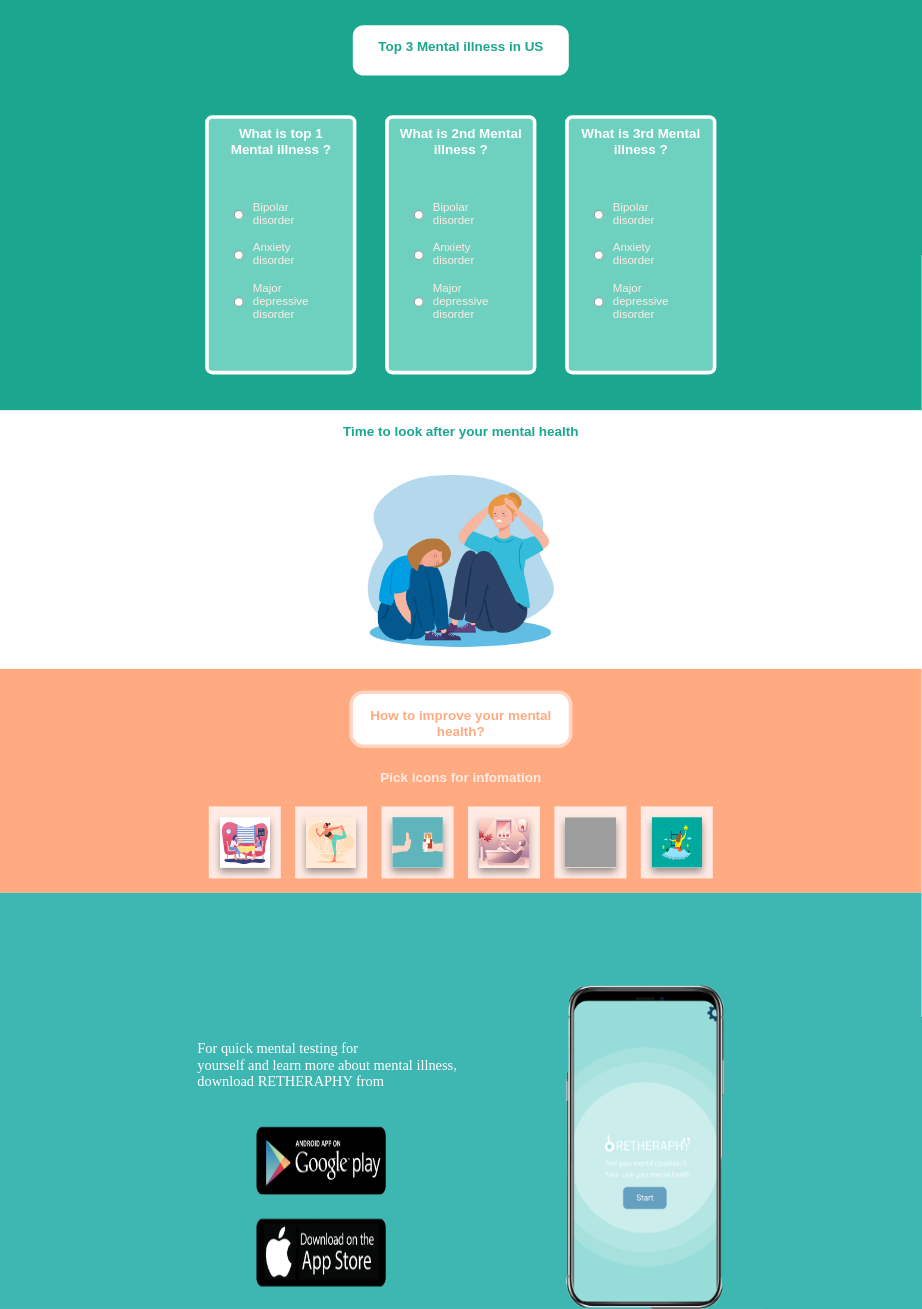
Repository: zzs1/2109-Dynamic-Content-Project
Page: index.html
These files come from the project's save history. The page is drawn as it stood at one moment and after a run of saves; the edit follows.
The browser window is 1280 px wide. The pictures show the whole page, at 72% of full size.
Pictures or frames that could not be fetched are drawn as grey boxes. Some web fonts or font styles are not loaded; a fallback is used.

Above is the page before, as saved 2021-03-08 23:33:48.

### index.html
<html lang="en">
<head>
  <meta charset="UTF-8">
  <meta name="viewport" content="width=device-width, initial-scale=1.0">
  <link href="index.css" rel="stylesheet" type="text/css" >
  <link rel="preconnect" href="https://fonts.gstatic.com">
  <link href="https://fonts.googleapis.com/css2?family=Saira+Semi+Condensed:wght@500&display=swap" rel="stylesheet">
  <title>Midterm group project for MDIA 2109</title>
</head>
<body>
  <!--please place your code in #main -->
  <div id="main">
    <!--Shin Part: Brain-->


    <!--Shin Part: Header: Have you take good care of you mental health? -->


    <!--Shin Part: content1: Common symptoms of mental illness -->


    <!--Shin: Dont be afraid part-->


    <!--Joyce: Facts about mental disorders  -->


    <!-- DONT TOUCH!! Chisaki part start from here-->

    <!--Card question section-->
    <div class="container cardquestions">
      <div class="title"></div>
    <div class="card"></div>
    </div>
    <!--Time to look after your mental health section-->
    <div class="container mid">
      <h3 class="midtitle">Time to look after your mental health</h3>
      <img src="comps/icon/midpic.jpg" alt="mental health" max-width="300px" height="300px" />
    </div>

    <!--Pick Icons for more info part-->
    <div class="container iconsection">
      <div class="title2"></div>
      <h3 class="subtitle">Pick icons for infomation</h3>
      <div class="icon" onclick="myFunction()"></div>
      <div class="hidden" id="panel">
        <div class="info"></div>
      </div>
    </div>

    <!--DONT TOUCH!! Chisaki part ends-->

    <!--For Joyce, next part write from here as long as it is main content. If it is footer, please place the code underneath </div> with <footer>-->
      <div  id="bottom">
        <div id="right">
            <div id="content">
            For quick mental testing for <br>yourself and learn more about mental illness, download RETHERAPHY from  </div>
            <div id="logo"><a href="https://play.google.com/store"><img  src=joyce_code/pic/google.png alt="appstore" width=180 height=100></img></a><br>
                <a href="https://www.apple.com/ca/app-store/"><img  src=joyce_code/pic/apple.png alt="appstore"  width=180 height=100></img></a>
            </div>
        </div>
      <div id="showcase"><img  src="joyce_code/pic/phone.png" alt="apps phone" width="220" height="450"> </div>
    </div>

  </div>

  <!--DONT TOUCH !! Chisaki scripts start from here-->
  <script src="comps/card/index.js"></script>
  <script src="comps/Title/index.js"></script>
  <script src="comps/icon/index.js"></script>
  <script src="comps/Info/index.js"></script>
  <script src="index.js"></script>
  <script>
    function myFunction() {
      document.getElementById("panel").style.display = "block";
    }
    document.getElementById("icon1").onclick = function (){
      document.getElementById("info1").style.display = "block";
      document.getElementById("info2").style.display = "none";
      document.getElementById("info3").style.display = "none";
      document.getElementById("info4").style.display = "none";
      document.getElementById("info5").style.display = "none";
      document.getElementById("info6").style.display = "none";
    }
    document.getElementById("icon2").onclick = function (){
      document.getElementById("info2").style.display = "block";
      document.getElementById("info1").style.display = "none";
      document.getElementById("info3").style.display = "none";
      document.getElementById("info4").style.display = "none";
      document.getElementById("info5").style.display = "none";
      document.getElementById("info6").style.display = "none";
    }
    document.getElementById("icon3").onclick = function (){
      document.getElementById("info3").style.display = "block";
      document.getElementById("info1").style.display = "none";
      document.getElementById("info2").style.display = "none";
      document.getElementById("info4").style.display = "none";
      document.getElementById("info5").style.display = "none";
      document.getElementById("info6").style.display = "none";
    }
    document.getElementById("icon4").onclick = function (){
      document.getElementById("info4").style.display = "block";
      document.getElementById("info1").style.display = "none";
      document.getElementById("info2").style.display = "none";
      document.getElementById("info3").style.display = "none";
      document.getElementById("info5").style.display = "none";
      document.getElementById("info6").style.display = "none";
    }
    document.getElementById("icon5").onclick = function (){
      document.getElementById("info5").style.display = "block";
      document.getElementById("info1").style.display = "none";
      document.getElementById("info2").style.display = "none";
      document.getElementById("info3").style.display = "none";
      document.getElementById("info4").style.display = "none";
      document.getElementById("info6").style.display = "none";
    }
    document.getElementById("icon6").onclick = function (){
      document.getElementById("info6").style.display = "block";
      document.getElementById("info1").style.display = "none";
      document.getElementById("info2").style.display = "none";
      document.getElementById("info3").style.display = "none";
      document.getElementById("info4").style.display = "none";
      document.getElementById("info5").style.display = "none";
    }
    </script>
    <!--DONT TOUCH !! Chisaki scripts ends here-->

</body>
</html>

### index.css
html,body {
  margin:0;
}

#main {
  width:100vw;
  height:100vh;
  display:flex;
  flex-direction: column;
}

/* DONT TOUCH !! Chisaki Part Start from here */
.container {
 min-width:100%;
}
.cardquestions{
  background-color:#1BA68F;
}
.card {
  display:flex;
  flex-direction:row;
  flex-wrap: wrap;
  justify-content:center;
  align-items: center;
  margin:30px;
  font-family: 'Saira Semi Condensed', sans-serif;
}
.mid{
  background-color:#FFFFFF;
  text-align: center;
}
.midtitle {
 color:#1BA68F;
 font-family: 'Saira Semi Condensed', sans-serif;

}

.iconsection {
  background-color:#FFAA81;

}
.title,.title2{
  display: flex;
  justify-content:center;
  align-items: center;
  margin:30px;
  font-family: 'Saira Semi Condensed', sans-serif;
}

.icon {
  display: flex;
  flex-wrap: wrap;
  justify-content:center;
  align-items: center;
  margin:10px;
  font-family: 'Saira Semi Condensed', sans-serif;

}
.subtitle {
  color:#FFEBE4;
  text-align: center;
  font-family: 'Saira Semi Condensed', sans-serif;
}
.hidden{
  display:none;
}
.info {
justify-content: center;
align-items: center;
font-family: 'Saira Semi Condensed', sans-serif;
}

/* DONT TOUCH !!Chisaki Part End here*/

/*Joyce CSS buttom part styling starts from here*/
#bottom{
  margin:0;
  background-color:#3EB7B2;
  color:white;
  display:flex;
  justify-content: center;
}
#right{
  margin-top: 16%;
  display:flex;
  flex-direction: column;
  max-width: 40%;
  justify-content: flex-start;
}
#showcase{
  margin-top: 10%;
  max-width: 40%;
  justify-content: flex-end;
}

#logo{
  margin-left: 16%;
}
#content{
  font-size: 20px;
  margin-bottom: 10%;
  max-width: 80%;
}
#logo img{
  margin-bottom: 5%;
}

### comps/card/index.js
function CardUI(title='question',option1='text1', option2='text2', option3='text3',backtitle="Answer",content="answer paragraphs"){
  return`
  <div style='
  background-color:#6ED1BF;
  max-height:350px;
  max-width:200px;
  border-radius:10px;
  border:5px solid #FFFFFF;
  margin:20px;
  '
  onclick='CardUI.HandleClick(this)'
  >

    <div class="front" style='
    transition: opacity 1s;
    opacity: 1;
    '
    >
      <h3 style='
      color:#FFFFFF;
      text-align:center;
      margin:10px;
      '>
        ${title}
      </h3>

      <div style='
      display:flex;
      flex-direction:column;
      margin:50px 20px;

      '>
        <div style='
        display:flex;
        flex-direction:row;
        margin:10px;
        '>

          <input name='question'
          type=radio />
            <p style='
            color:#FFEBE4;
            margin:0;
            margin-left:10px;
            '>${option1}
            </p>
        </div>

        <div style='
        display:flex;
        flex-direction:row;
        margin:10px;
        '>

          <input name='question'
          type=radio />
            <p style='
            color:#FFEBE4;
            margin:0;
            margin-left:10px;
            '>
            ${option2}
            </p>
        </div>

        <div style='
        display:flex;
        flex-direction:row;
        margin:10px;
        '>

          <input name='question'
          type=radio />
            <p style='
            color:#FFEBE4;
            margin:0;
            margin-left:10px;
            '>
            ${option3}
            </p>
        </div>
      </div>
    </div>

    <div class="back" style='
    display: flex;
    flex-direction:column;
    position: relative;
    justify-content: center;
    align-items: center;
    top: -350px;
    transition: opacity 1s;
    opacity: 0;
    '>
      <h3 style='
      color:#FFEBE4;
      text-align:center;
      margin:10px;

      '>
        ${backtitle}
      </h3>
      <p style='
      color:#FFFFFF;
      text-align:center;
      margin:10px;
      '>
      ${content}
      </p>
    </div>
  </div>
`}

//export const Card = CardUI();
CardUI.HandleClick = (el) => {
  el.querySelector(".front").style.opacity= 0;
  el.querySelector(".back").style.opacity = 1;
}

### comps/Title/index.js
function TitleUI(bgcolor="#FFFFFF", bodercolor="#FFD4C1",text="title", font="#FFAA81"){
return`<div style='
width:300px;
height:70px;
border-radius:20px;
background-color:${bgcolor};
border:5px solid ${bodercolor};

'>
<h3 style='
color:${font};
text-align:center;
'>${text}</h3>
</div>
`
}
//export const Title = TitleUI();

### comps/icon/index.js
function IconUI(id="id",url="https://placekitten.com/300/300",text="icon"){
  return`<div style='
  width:100px;
  height:100px;
  background-color:#FFEBE4;
  margin:10px;
  text-align:center;
  '
  id='${id}'
  onmouseover='IconUI.HandleClick(this)'

  '>

    <div class="front" style='
    transition: opacity 1s;
    opacity: 1;
    '
    >
      <img style='
      width:70px;
      height:70px;
      object-fit:cover;
      margin:15px;
      box-shadow:0 6px 10px 0 rgba(0, 0, 0, 0.4);
      'src='${url}' />

    </div>

    <div class="mouseover" style='
    display: flex;
    flex-direction:column;
    position: relative;
    justify-content: center;
    align-items: center;
    top: -90px;
    transition: opacity 1s;
    opacity: 0;
    '>
      <p style='
      color:#646464;
      font:21px;
      '>
      ${text}
      </p>
    </div>
  </div>
`}

//export const Icon = IconUI();

IconUI.HandleClick = (el) => {
  //in the UI's case, el is the div itself
  el.querySelector(".front").style.opacity= 0.4;
  el.querySelector(".mouseover").style.opacity = 1;

  //onclick

}

### comps/Info/index.js
function InfoUI(id="id",url="https://placekitten.com/300/300",title="h3title",text="paragraphs here"){
  return`<div class="container"
  id="${id}"
  style='
  width:100vw;
  display:flex;
  flex-direction:column;
  text-align:center;
  align-items:center;

  '>
    <img style='
    width:150px;
    height:150px;
    'src='${url}' />

      <div class=psbox
      style='
      display:flex;
      flex-direction:column;
      align-items:center;
      margin:20px;
      '>
        <h3 style='
        color:#1BA68F;
        '>
        ${title}
        </h3>
        <p style='
        color:#FFEBE4;
        width:70%;
        '>
        ${text}
        </p>

    <div>
  </div>
  `
  }
  //export const Info = InfoUI();
  function clickedButton(){
    document.getElementById("container").style.display = "none";
  }

### index.js
// DONT TOUCH !!Chisaki JS start from here
document.querySelector(".title").innerHTML += TitleUI("#FFFFFF","#1BA68F","Top 3 Mental illness in US","#1BA68F");
document.querySelector(".card").innerHTML += CardUI("What is top 1 Mental illness ?", "Bipolar disorder", "Anxiety disorder", "Major depressive disorder","Anxiety disorder","Symptoms can include excessive worrying, feeling agitated, <strong style='color:#FFF511;'>restlessness</strong>, fatigue, tense muscles, difficulty <strong style='color:#FFF511;'>sleeping, and panic attacks</strong>");
document.querySelector(".card").innerHTML += CardUI("What is 2nd Mental illness ?", "Bipolar disorder", "Anxiety disorder", "Major depressive disorder","Major depressive disorder", "Symptoms include <strong style='color:#FFF511;'>depressed mood</strong>, change in weight, appetite and sleep patterns, fatigue, and a <strong style='color:#FFF511;'>feeling of worthlessness</strong>");
document.querySelector(".card").innerHTML += CardUI("What is 3rd Mental illness ?", "Bipolar disorder", "Anxiety disorder", "Major depressive disorder","Bipolar disorder","Symptoms  include experience <strong style='color:#FFF511;'>manic episodes</strong> where their moods and behaviors are drastically different than normal.");
document.querySelector(".title2").innerHTML += TitleUI("#FFFFFF","#FFD4C1","How to improve your mental health?","#FFAA81");
document.querySelector(".icon").innerHTML += IconUI("icon1",'comps/icon/pic1.svg',"EAT WELL");
document.querySelector(".icon").innerHTML += IconUI("icon2",'comps/icon/pic2.svg',"STRECHING");
document.querySelector(".icon").innerHTML += IconUI("icon3",'comps/icon/pic3.jpg',"STOP TOBBACO");
document.querySelector(".icon").innerHTML += IconUI("icon4",'comps/icon/pic4.svg', "TREAT YOURSELF");
document.querySelector(".icon").innerHTML += IconUI("icon5",'comps/icon/pic5.svg', "CHAT CHAT CHAT");
document.querySelector(".icon").innerHTML += IconUI("icon6",'comps/icon/pic6.svg', "PLAN YOUR GOAL");
document.querySelector(".info").innerHTML += InfoUI("info1",'comps/icon/pic1.svg',"Eat and drink to optimize your health","Eating healthy is not only good for your physical health, but also for your mental health. some people release their stress by eating junk foods, taking caffeine, or drinking alcohol, but it is not a good way to release your stress in the long run. Consider making healthy eating and drinking habits. ");
document.querySelector(".info").innerHTML += InfoUI("info2",'comps/icon/pic2.svg',"Exercise regularly","Try to do some exercises because we can ease our stress by moving our body. You can try non-competitive exercises, such as aerobics, weight training, and yoga. According to the study, aerobic exercise can release endorphins which are natural substances that make your feeling better and keep you being positive.");
document.querySelector(".info").innerHTML += InfoUI("info3",'comps/icon/pic3.jpg',"Stop using tobacco and nicotine products","Did you know smoking is not only bad for your physical health, but also mental health? Smoking increases your anxiety and tension. In fact, if you try to stop smoking and get rid of the nicotine, you would feel irritable and anxious due to the signals from certain chemicals in the brain.");
document.querySelector(".info").innerHTML += InfoUI("info4",'comps/icon/pic4.svg', "Study and practice relaxation techniques", "Finding your relaxation way is really important to relieve your stress. It can be anything that you would like to do, such as taking a long bath, deep breathing, doing mindfulness meditation, or daydreaming. In <strong style='color:#1BA68F;'>retheraphy</strong>, we are also introducing some popular relaxation ways.");
document.querySelector(".info").innerHTML += InfoUI("info5",'comps/icon/pic5.svg', "Talk how you feel to someone","By talking your concerns to someone else, you can organize your feeling. Moreover, someone may give you some advice for your concerns. It is always a good idea to talk your feelings to people you trust. If your concerns are really personal ones, you can also reach out to some professional consultants.");
document.querySelector(".info").innerHTML += InfoUI("info6",'comps/icon/pic6.svg', "Set realistic goals and expectations", "By setting realistic goals and achieving small goals step by step, you can get more and more confident on yourself. For example, if you are trying to go on diet, you can start by walking 1 or 2 bus stops distance once or twice a week. When you making a plan, it is a good idea to consider your plan for the long run.");
// DONT TOUCH !!Chisaki JS End here

After the next 2 saves:
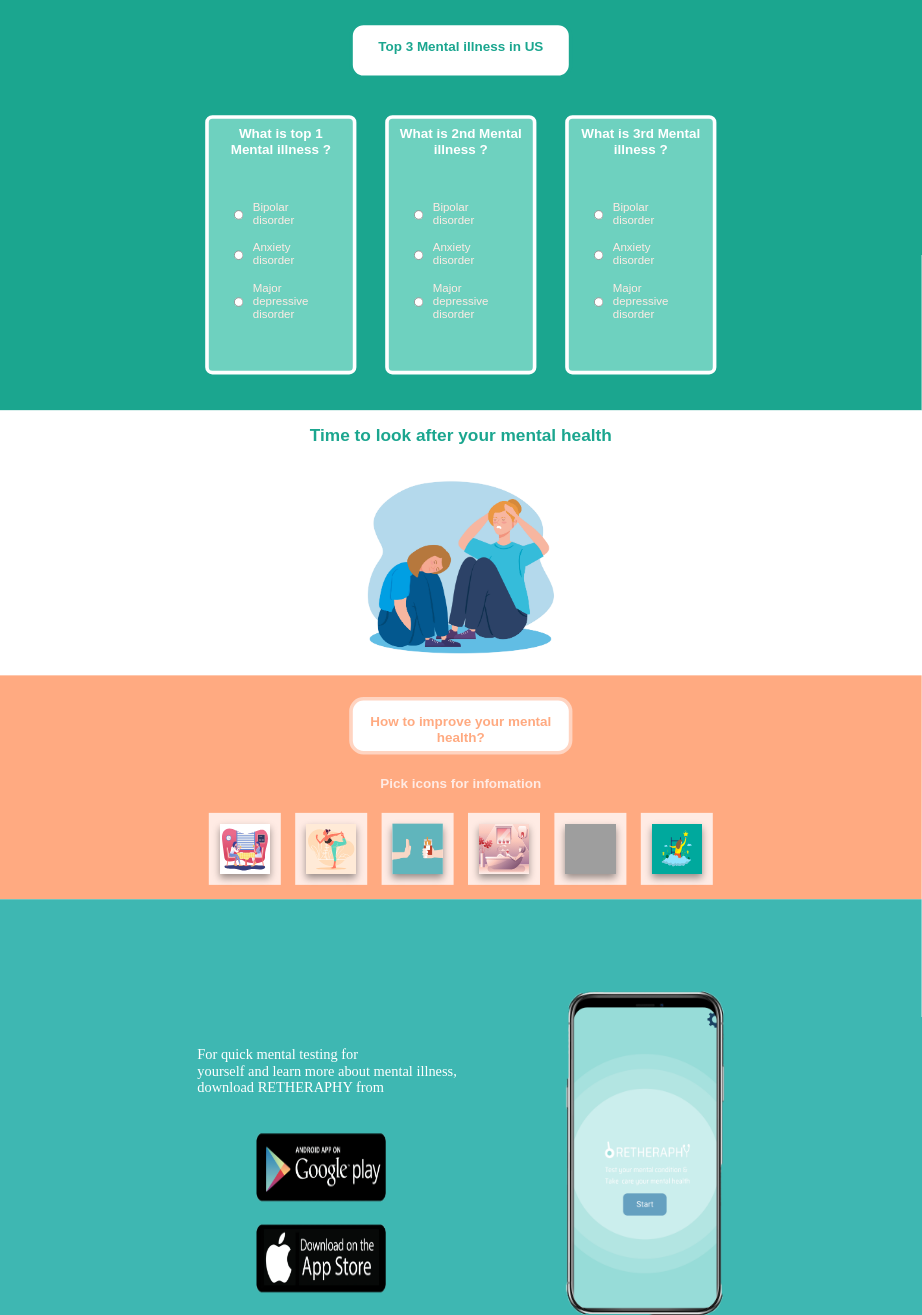
The 2 saves are shown as one change because they came seconds apart.
The last was saved 3 min 38 s later.
--- a/index.html
+++ b/index.html
@@ -34,7 +34,7 @@
     </div>
     <!--Time to look after your mental health section-->
     <div class="container mid">
-      <h3 class="midtitle">Time to look after your mental health</h3>
+      <h2 class="midtitle">Time to look after your mental health</h2>
       <img src="comps/icon/midpic.jpg" alt="mental health" max-width="300px" height="300px" />
     </div>
 

After the 2 saves that followed:
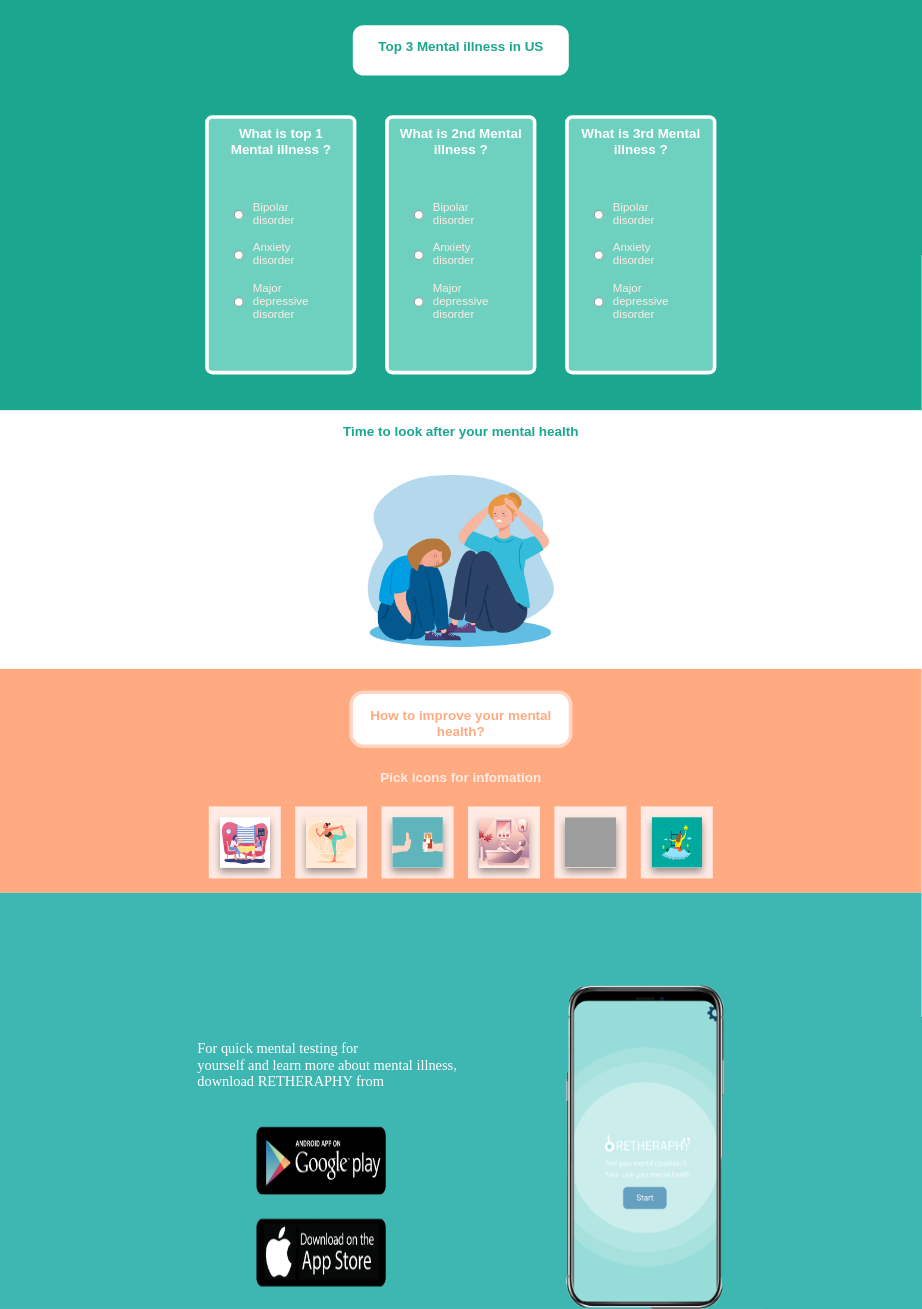
The 2 saves are shown as one change because they came seconds apart.
The last was saved 47 s later.
--- a/index.html
+++ b/index.html
@@ -34,7 +34,7 @@
     </div>
     <!--Time to look after your mental health section-->
     <div class="container mid">
-      <h2 class="midtitle">Time to look after your mental health</h2>
+      <h3 class="midtitle">Time to look after your mental health</h3>
       <img src="comps/icon/midpic.jpg" alt="mental health" max-width="300px" height="300px" />
     </div>
 
